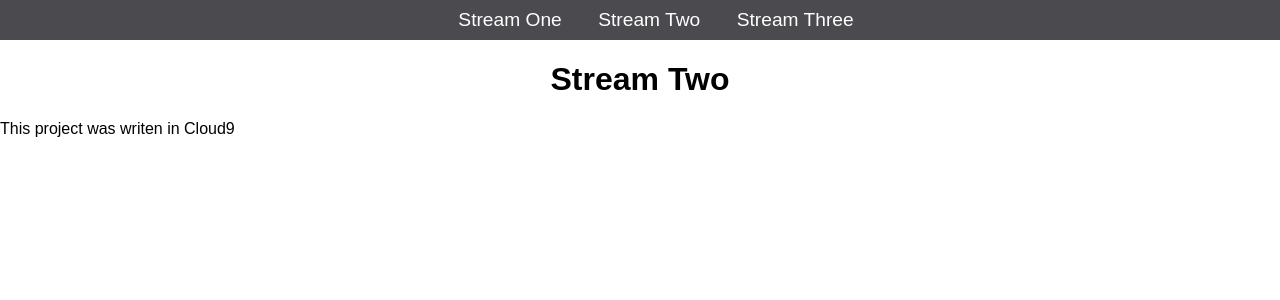
Repository: MariaPSegarra/my-fist-website
Page: stream-two.html
The author's editor kept a record of every edit. The page is drawn from the files as they stood at one moment, then again after the next edit.
The browser window is 1280 px wide. The pictures show the whole page.

Above is the page before.

After the next edit:
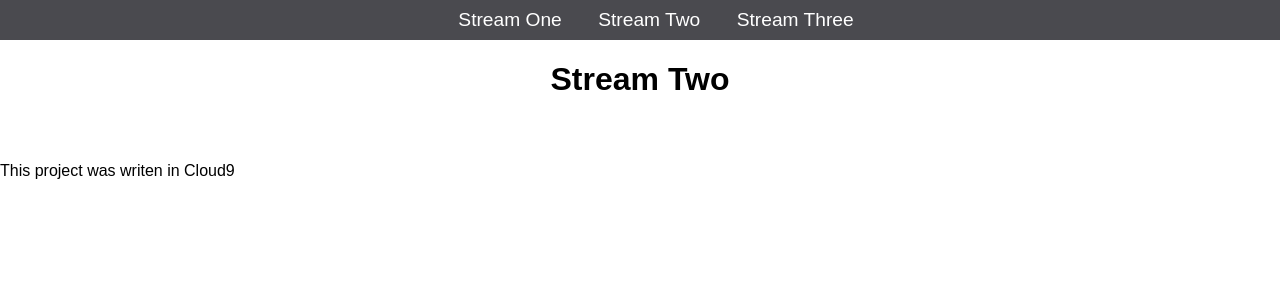
The edit:
--- a/CSS/style.css
+++ b/CSS/style.css
@@ -50,5 +50,6 @@
 
 h1 {
     text-align: center;
+    margin-bottom: 5%;
 
 }
